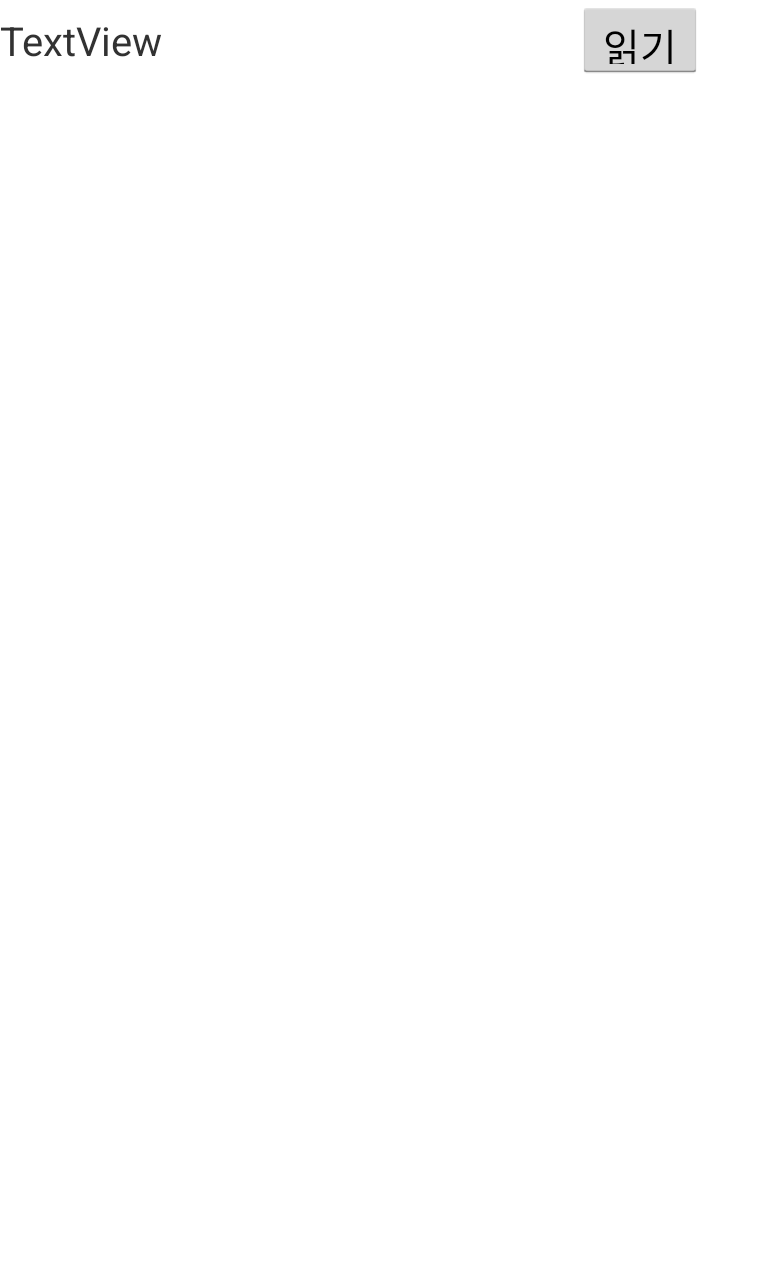
Repository: OnionLord/BurgerWIKI
Layout: burgerDicApp/BurgerDictionary/res/layout/burgeritem.xml
These files come from the project's save history. The layout is drawn as it stood at one moment and after the next save; the edit follows.
It is drawn on a 768 x 1280 px phone screen (xhdpi) without system bars, with theme AppTheme; the app's code is not run.

Above is the layout before, as saved 2014-11-07 16:10:45.

### burgerDicApp/BurgerDictionary/res/layout/burgeritem.xml
<LinearLayout xmlns:android="http://schemas.android.com/apk/res/android"
    android:layout_width="fill_parent"
    android:layout_height="fill_parent"
    android:orientation="vertical" >

    <LinearLayout
        android:layout_width="match_parent"
        android:layout_height="wrap_content"
        android:gravity="center_vertical" >

        <TextView
            android:id="@+id/item_txt"
            android:layout_width="0dp"
            android:layout_height="wrap_content"
            android:layout_weight="3"
            android:text="TextView"
             android:textSize="20sp" />

        <LinearLayout
           android:layout_width="0dp"
            android:layout_height="wrap_content"
            android:layout_weight="1"
            android:orientation="vertical" >

            <Button
                android:id="@+id/item_btn_view"
                android:layout_width="wrap_content"
                android:layout_height="40dp"
                android:text="읽기"
                android:textSize="20sp" />

        </LinearLayout>

    </LinearLayout>

</LinearLayout>

Loaded but not shown: burgerDicApp/BurgerDictionary/res/values/styles.xml (common file); burgerDicApp/BurgerDictionary/res/values-v11/styles.xml (common file); burgerDicApp/BurgerDictionary/res/values-v14/styles.xml (common file)

After the next save:
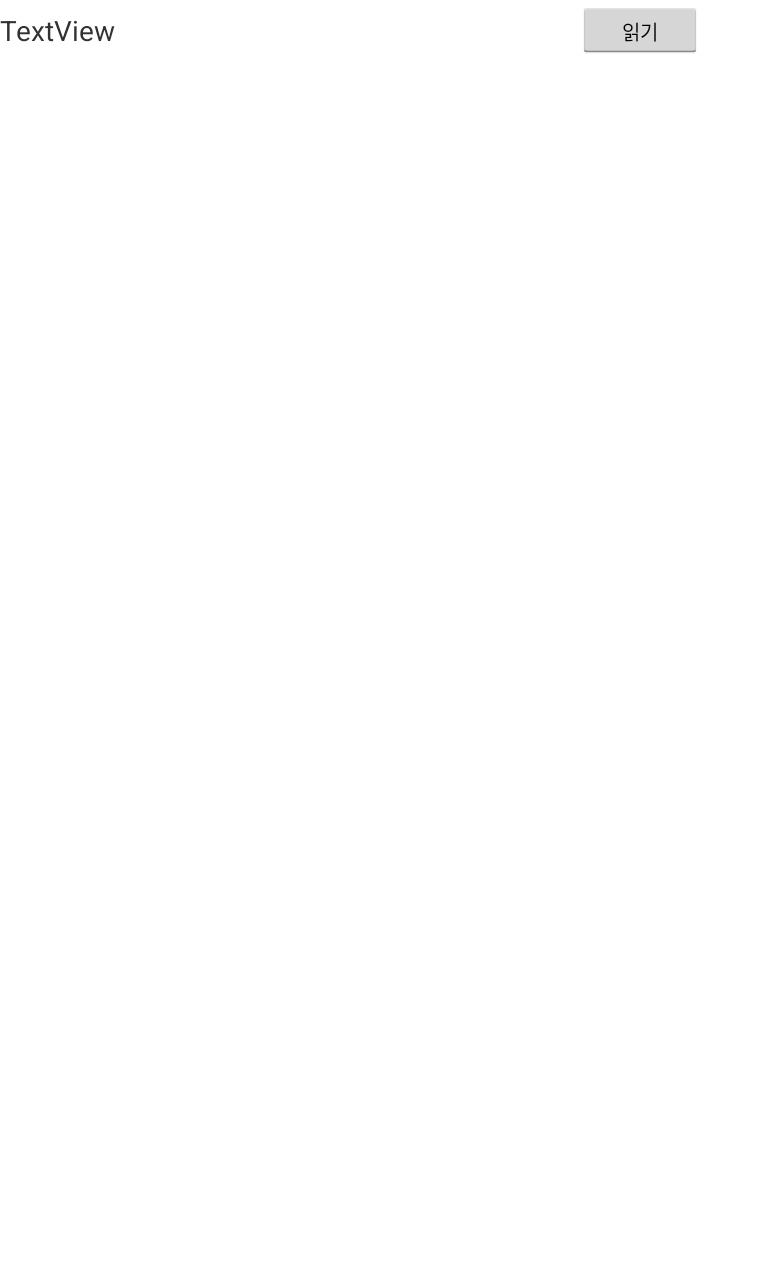
Saved 24 s later.
--- a/burgerDicApp/BurgerDictionary/res/layout/burgeritem.xml
+++ b/burgerDicApp/BurgerDictionary/res/layout/burgeritem.xml
@@ -13,8 +13,7 @@
             android:layout_width="0dp"
             android:layout_height="wrap_content"
             android:layout_weight="3"
-            android:text="TextView"
-             android:textSize="20sp" />
+            android:text="TextView" />
 
         <LinearLayout
            android:layout_width="0dp"
@@ -25,9 +24,9 @@
             <Button
                 android:id="@+id/item_btn_view"
                 android:layout_width="wrap_content"
-                android:layout_height="40dp"
+                android:layout_height="30dp"
                 android:text="읽기"
-                android:textSize="20sp" />
+                android:textSize="10sp" />
 
         </LinearLayout>
 
